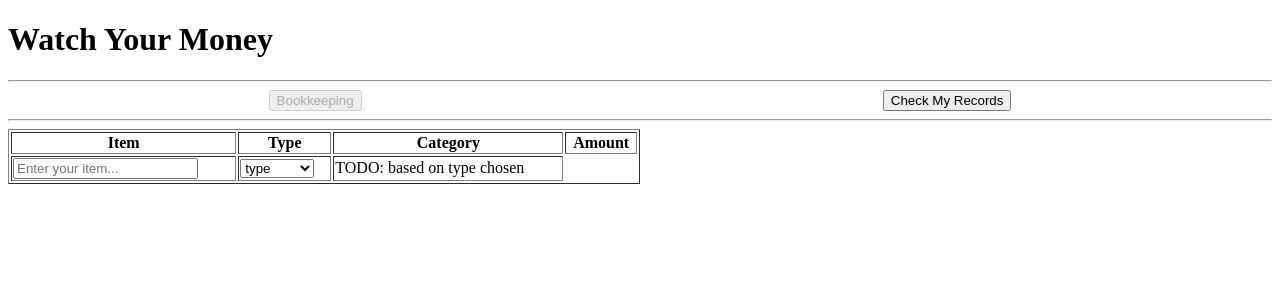
Repository: chelsea9869/Hackathon-TNT
Page: http://localhost/app/watch_your_money.php
The author's editor kept a copy of each file at every save. The page is drawn from the files as they stood at one save, then again after the next save.
The browser window is 1280 px wide. The pictures show the whole page.
The page is run by PHP 8.4 with error messages shown; the project is at /var/www/html/.

Above is the page before, as saved 2020-09-05 12:22:43.

After the next save:
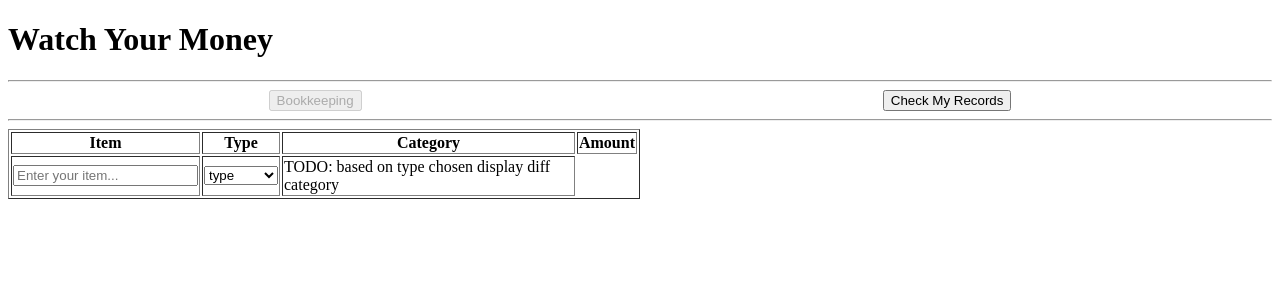
Saved 5 s later.
--- a/app/watch_your_money.php
+++ b/app/watch_your_money.php
@@ -36,7 +36,7 @@ require_once 'include/bookkeeping-dropdown.php';
                         <tr>
                             <td><input type="text" name="item[]" placeholder="Enter your item..."></td>
                             <td><?=$type_dropdown?></td>
-                            <td>TODO: based on type chosen</td>
+                            <td>TODO: based on type chosen display diff category</td>
                         </tr>
                     </tbody>
                 </table>
